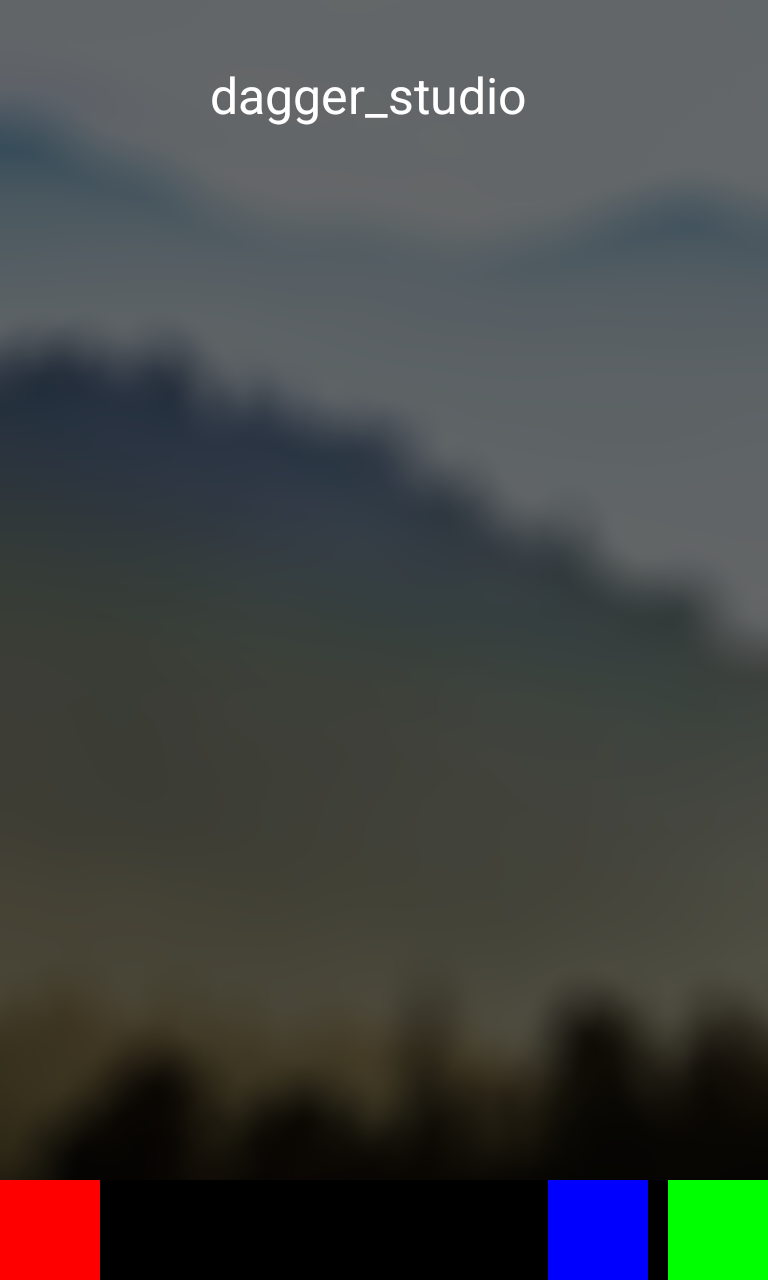
Repository: zhaoguoquan94/Purified
Layout: Android/Purified/res/layout/activity_main_drawer.xml
An editor plug-in stored every save of this project. The layout is shown before and after the next save, followed by the edit.
It is drawn on a 768 x 1280 px phone screen (xhdpi) without system bars, with theme android:Theme; the app's code is not run. Lists and similar views that code fills are empty.

Above is the layout before, as saved 2014-07-03 06:22:34.

### Android/Purified/res/layout/activity_main_drawer.xml
<?xml version="1.0" encoding="utf-8"?>
<LinearLayout xmlns:android="http://schemas.android.com/apk/res/android"
    android:layout_width="match_parent"
    android:layout_height="match_parent"
    android:background="@drawable/drawer_back"
    android:orientation="vertical" >

    <LinearLayout
        android:id="@+id/drawer_header"
        android:layout_width="match_parent"
        android:layout_height="95dp"
        android:layout_gravity="center"
        android:orientation="horizontal" >

        <ImageView
            android:id="@+id/avatar_drawer"
            android:layout_width="75dp"
            android:layout_height="75dp"
            android:layout_margin="10dp"
            />

        <TextView
            android:id="@+id/username_drawer"
            android:layout_width="wrap_content"
            android:layout_height="wrap_content"
            android:layout_gravity="center"
            android:layout_marginLeft="10dp"
            android:text="dagger_studio"
            android:textColor="#FFFFFF"
            android:textSize="25sp" />
    </LinearLayout>


    <ListView
        android:id="@+id/listview_drawer"
        android:layout_width="match_parent"
        android:layout_height="match_parent"
        android:layout_weight="0.44"
        >
    </ListView>
    <!-- 中部滚动目录 -->

    <RelativeLayout
        android:layout_width="match_parent"
        android:layout_height="50dp"
        android:background="#000000"
        android:id="@+id/bottomBar_drawer"
		>

        <Button
            android:id="@+id/settingButton_drawer"
            android:layout_width="50dp"
            android:layout_height="50dp"
            android:layout_gravity="left"
            android:background="#FF0000" />

        <Button
            android:id="@+id/refreshButton_drawer"
            android:layout_width="50dp"
            android:layout_height="50dp"
			android:layout_alignParentTop="true"
            android:layout_toLeftOf="@+id/searchButton_drawer"
            android:layout_marginRight="10dp"
            android:background="#0000FF" />

        <Button
            android:id="@+id/searchButton_drawer"
            android:layout_width="50dp"
            android:layout_height="50dp"
			android:layout_alignParentRight="true"
            android:layout_alignParentTop="true"
            android:background="#00FF00" />

    </RelativeLayout>
    <!-- 底部控制元件横栏 -->

</LinearLayout>

After the next save:
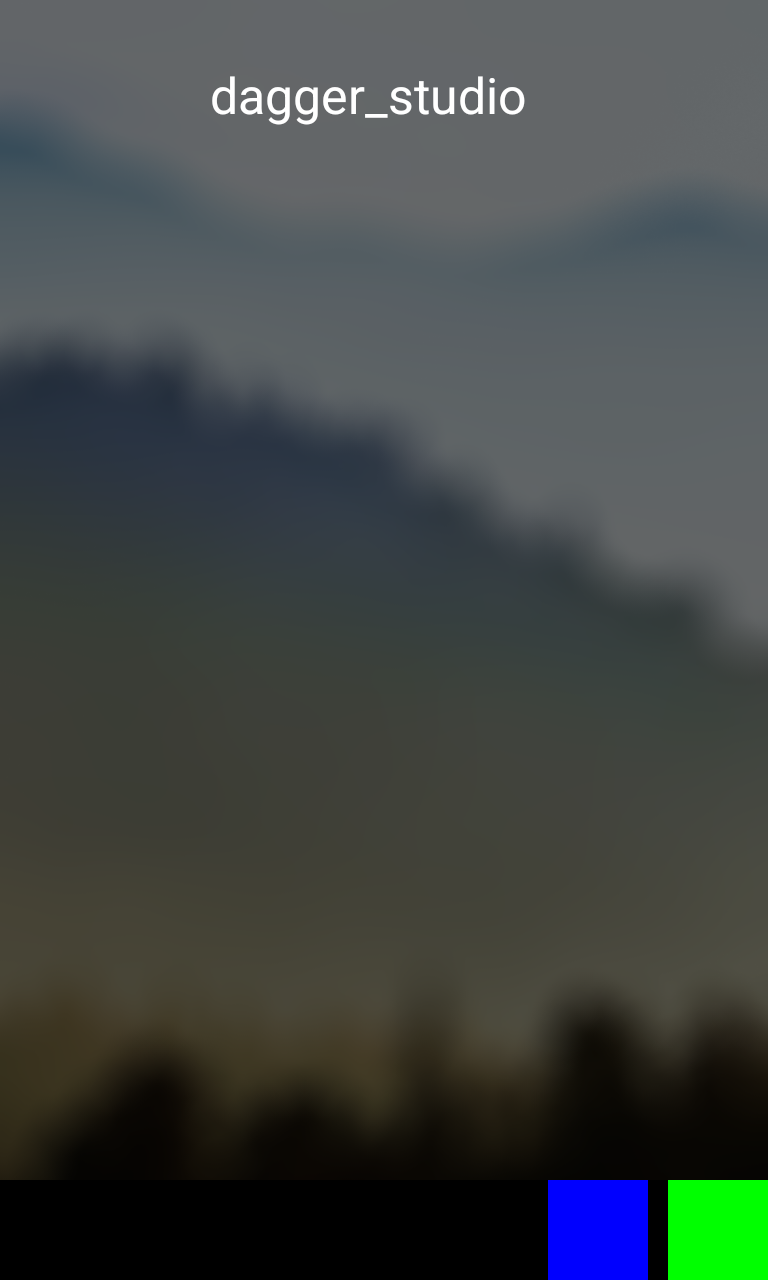
Saved 2 h 29 min later.
--- a/Android/Purified/res/layout/activity_main_drawer.xml
+++ b/Android/Purified/res/layout/activity_main_drawer.xml
@@ -52,7 +52,7 @@
             android:layout_width="50dp"
             android:layout_height="50dp"
             android:layout_gravity="left"
-            android:background="#FF0000" />
+            android:background="@drawable/" />
 
         <Button
             android:id="@+id/refreshButton_drawer"
